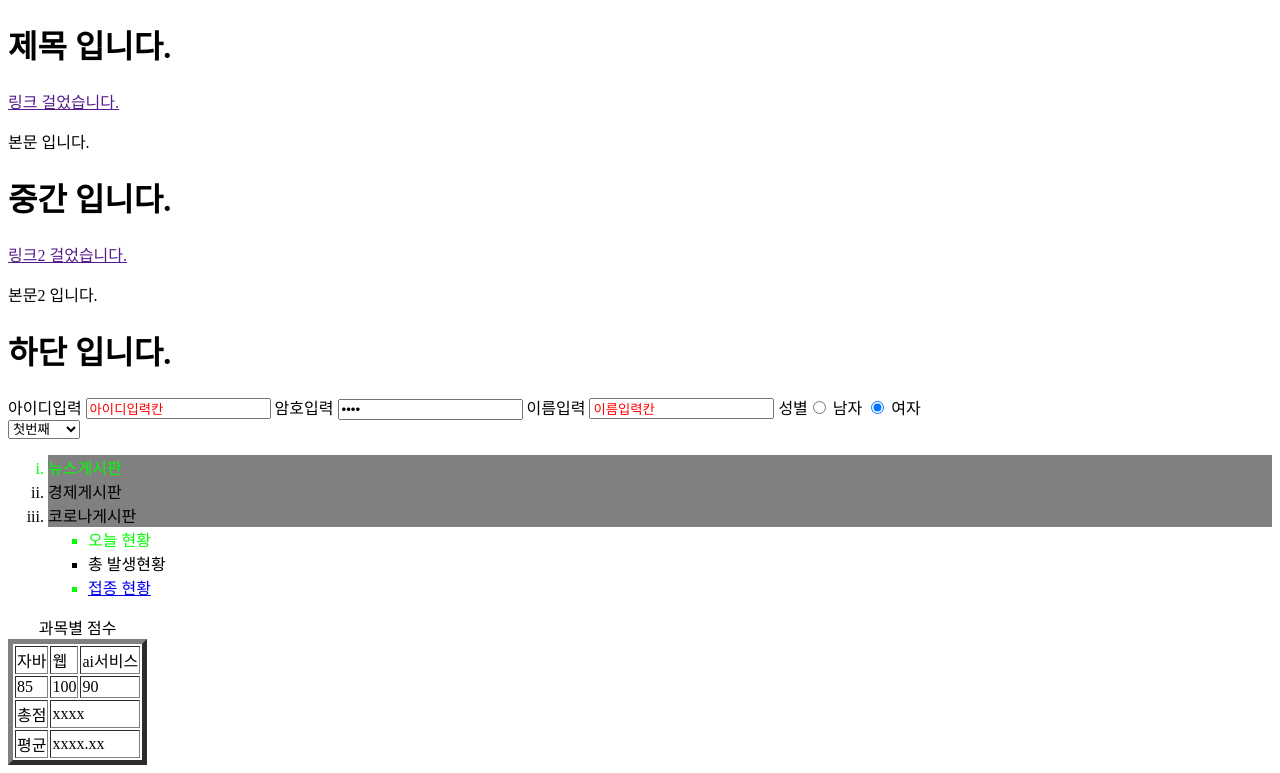
Repository: Pang-Ho/TIL
Page: JavaScript/workspace_web/csstest/WebContent/selector.html
The author's editor kept a copy of each file at every save. The page is drawn from the files as they stood at one save, then again after the next save.
The browser window is 1280 px wide. The pictures show the whole page.

Above is the page before, as saved 2021-08-20 05:44:39.

### JavaScript/workspace_web/csstest/WebContent/selector.html
<!DOCTYPE html>
<html>
<head>
<meta charset="UTF-8">
<title>Insert title here</title>
<style type="text/css">

	/*h1 {color : red;} <!-- 우선순위가 있다. -->
	* {color : gray;}
	#first {color:blue;}
	.back {background-color: pink; color:orange}*/
	/*
	우선순위
	#id > tag > .class > *
	*/
	/*li, a {color : lime;}*/
	ol > li {background-color : gray;}

	li:first-child {color : lime;}
	li:last-child {color : lime;}
	/*input type=text인 선택*/

	/*input[type=text] {color:olive;}*/
	/*input type=t {color : red;} t를 포함하는 태그*/
	/*input[type*=t] {color : red;}* t로 시작하는 타입*/

	/*input type word 끝나는 태그 선택*/
	/* input [type$=word] {color:red;} */
	/*input type t로 시작하는 태그 선택 //공백의 의미를 잘 생각해봐야됨*/
	input[type^=t] {color:red;}
</style>
</head>
<body>
<h1 class="back"> 제목 입니다.</h1>

 <a href=""> 링크 걸었습니다.</a>

<p id="first" class="back"> 본문 입니다.</p>

<h1> 중간 입니다.</h1>
<a href="">링크2 걸었습니다.</a>
<p class="back"> 본문2 입니다.</p>

<h1> 하단 입니다.</h1>

아이디입력 <input type=text name="id" value="아이디입력칸">
암호입력 <input type=password value="none">
이름입력 <input type=text value="이름입력칸">
성별<input type=radio name="gen" value="남"  > 남자
<input type=radio name="gen" value="여" checked="checked"> 여자
<br>
<select>
<option>  첫번째 </option>
<option>  두번째 </option>
<option>  세번째 </option>
<option>  네번째 </option>
<option>  다섯번째 </option>
<option>  여섯번째 </option>
</select>

<ol type="i" >
<li>뉴스게시판 </li>
<li>경제게시판</li>
<li>코로나게시판</li>
<ul type="square">
<li>오늘 현황</li>
<li>총 발생현황</li>
<li> <a href="백신.html"> 접종 현황 </a> </li>
</ul>
</ol>

<table border=5>
<caption>과목별 점수</caption>
<tr><td>자바 </td><td>웹</td><td>ai서비스 </td></tr>
<tr><td>85 </td><td>100 </td><td>90 </td></tr>
<tr><td>총점</td><td colspan=2 > xxxx </td> </tr>
<tr><td>평균</td><td colspan=2> xxxx.xx </td> </tr>
</table>


</body>
</html>

After the next save:
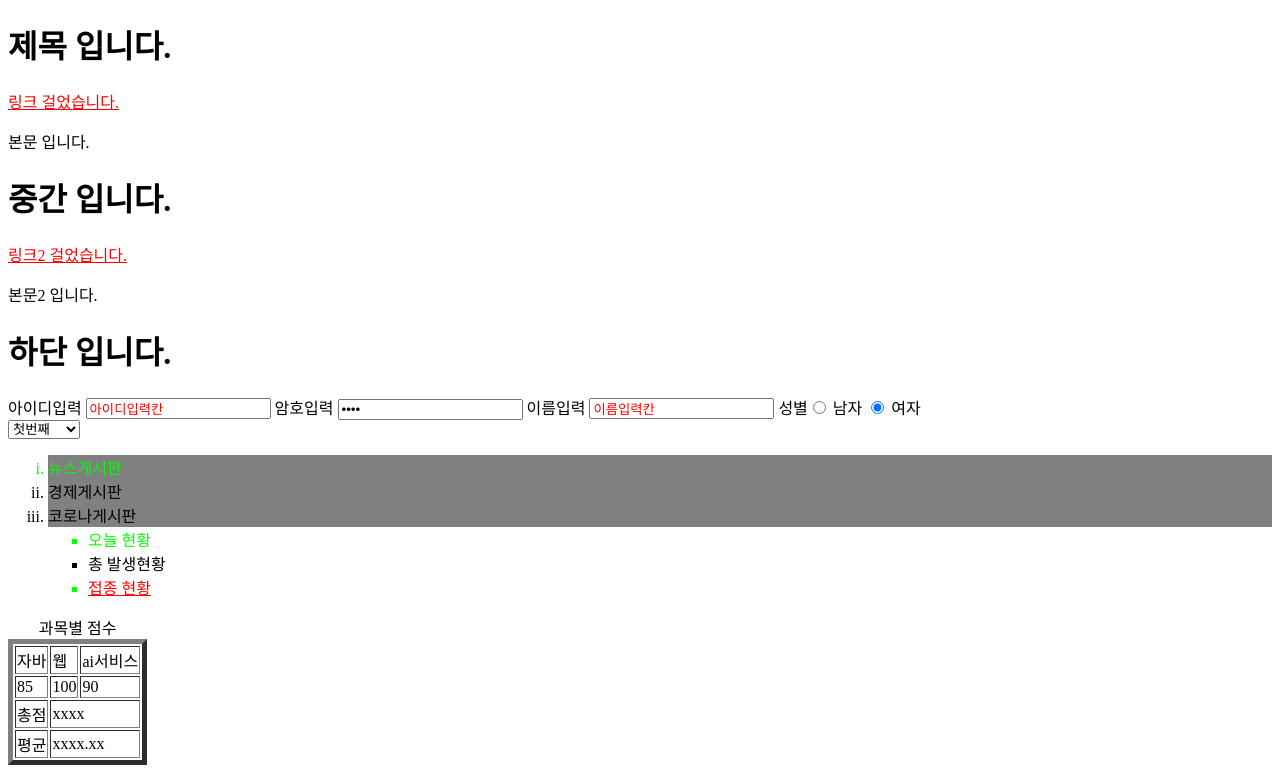
Saved 11 min 19 s later.
--- a/JavaScript/workspace_web/csstest/WebContent/selector.html
+++ b/JavaScript/workspace_web/csstest/WebContent/selector.html
@@ -28,6 +28,12 @@
 	/* input [type$=word] {color:red;} */
 	/*input type t로 시작하는 태그 선택 //공백의 의미를 잘 생각해봐야됨*/
 	input[type^=t] {color:red;}
+	input[checked] {color:yellow;}
+	select option[selected] {color:yellow;}
+
+	a {color : red;}
+	a:visited{color:red;}
+
 </style>
 </head>
 <body>
